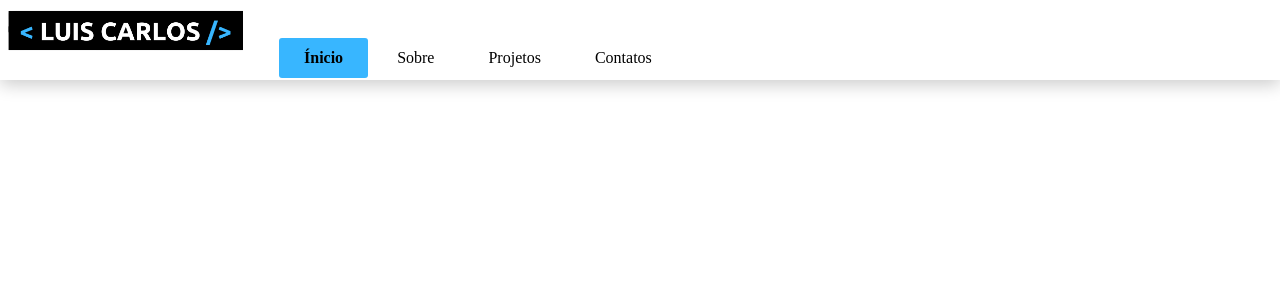
Repository: Iluiscarlos/SitePortifolio
Page: about.html
The author's editor kept a copy of each file at every save. The page is drawn from the files as they stood at one save, then again after the next save.
The browser window is 1280 px wide. The pictures show the whole page.
Some web libraries are served in a nearby version.

Above is the page before, as saved 2022-05-23 21:43:04.

### about.html
<!DOCTYPE html>
<html lang="pt-BR">

<head>
    <meta charset="UTF-8">
    <meta name="viewport" content="width=device-width, initial-scale=1.0">
    <meta http-equiv="X-UA-Compatible" content="ie=edge">
    <title>Luís Carlos</title>
    <link rel="stylesheet" href="Styles/base/reset.css">
    <link rel="stylesheet" href="Styles/base/variables.css">
    <link rel="stylesheet" href="Styles/base/base.css">
    <link rel="stylesheet" href="Styles/layout/header.css">
    <script src="https://kit.fontawesome.com/2c48374459.js" crossorigin="anonymous"></script>
    <link rel="preconnect" href="https://fonts.googleapis.com">
    <link rel="preconnect" href="https://fonts.gstatic.com" crossorigin>
    <link href="https://fonts.googleapis.com/css2?family=Poppins&display=swap" rel="stylesheet">
</head>

<body>
    <header class="header">
        <img src="icons/logo.png" class="header__logo">
        <nav class="menu__item">
            <a href="index.html" target="_self" class=" menu__item menu__item--active">Ínicio</a>
            <a href="#" class="menu__item">Sobre</a>
            <a href="#" class="menu__item">Projetos</a>
            <a href="#" class="menu__item">Contatos</a>
        </nav>
    </header>

### Styles/base/variables.css
:root{
    --color-red: #F41B3B;
    --color-green: #1EBC99;
    --color-blue: #38b6ff;
    --color-blue1: #0058dd;
    --color-purple:#6b009d;
    --color-yellow: #F9CC0D;
    --color-white: #ffffff;
    --color-black: #000000;
    --color-black1: #333;
    --color-darken-gray: #363536;
    --color-light-gray: #807E81;
    --color-gray: #4f4e50;
    --color-fa: #fafafa;
    --color-ea: #eaeaea;
    --color-cece: #cecece;

--font-family-Roboto:"Roboto Flex", 'Sans serif';
--font-size-default: 16px;
--border-radius-default:3px;

--font-family-primary: var(--font-family-Roboto);
}

### Styles/base/base.css
body {
    font-family: var(--font-family-primary);
    font-size: var(--font-size-default);
    background-color:  var(--color-white);
    color: var(--color-black1);
}


.divisor{
    size: 1;
    width: 100%;
}

.container {
    width: 1100px;
    max-width: 100%;
    margin-left: auto;
    margin-right: auto;
    margin-bottom: 60px;
  }

### Styles/layout/header.css
.header{
    position: fixed;
    height: 80px;
    font-size: 16px;
    background-color: var(--color-white);
    box-shadow: 0 5px 1em #cecece;
    top: 0;
    left: 0;
    right: 0;
}

.header .container{
    display: flex;
    align-items: center;
    height: 100%;
}
.menu__item{
    display: inline-block;
    padding: 0 25px 0;
    text-decoration: none;
    /*border-right: 2px solid var(--color-blue);*/
    color: var(--color-black);
    margin-left: auto;
}

.menu__item--active{
    color: var(--color-black);
    display: inline-block;
    text-align: center;
    font-weight: bold;
    line-height: 40px;
    border-radius: 3px;
    background: var(--color-blue);
}

/*.menu__item:last-child{
    border-right: none;
}*/

.header__logo{
    width: 250px;
}


@media only screen and (max-width: 480px){
    .header{
    display: block;
    position: fixed;
    top: 60px;
    left: 0;
    right: 0;
    bottom: 0;
    background-color: pink;
    transform: translateX(-100%);

}


    .header__menu::-webkit-scrollbar{
        width: 0;
        height: 0;
    }

    .menu__item{
        display: block;
        margin: 20px 0;
    }

}

Loaded but not shown: Styles/base/reset.css (common file)

After the next save:
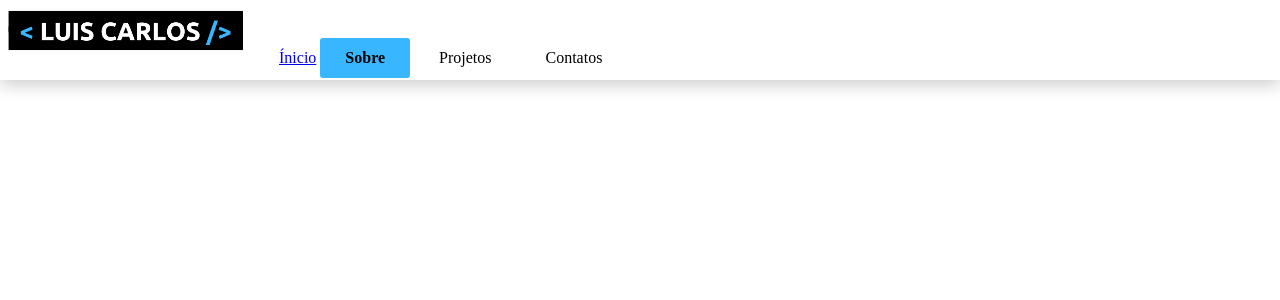
Saved 62 s later.
--- a/about.html
+++ b/about.html
@@ -20,8 +20,8 @@
     <header class="header">
         <img src="icons/logo.png" class="header__logo">
         <nav class="menu__item">
-            <a href="index.html" target="_self" class=" menu__item menu__item--active">Ínicio</a>
-            <a href="#" class="menu__item">Sobre</a>
+            <a href="index.html">Ínicio</a>
+            <a href="about.html" target="_self" class=" menu__item menu__item--active">Sobre</a>
             <a href="#" class="menu__item">Projetos</a>
             <a href="#" class="menu__item">Contatos</a>
         </nav>
